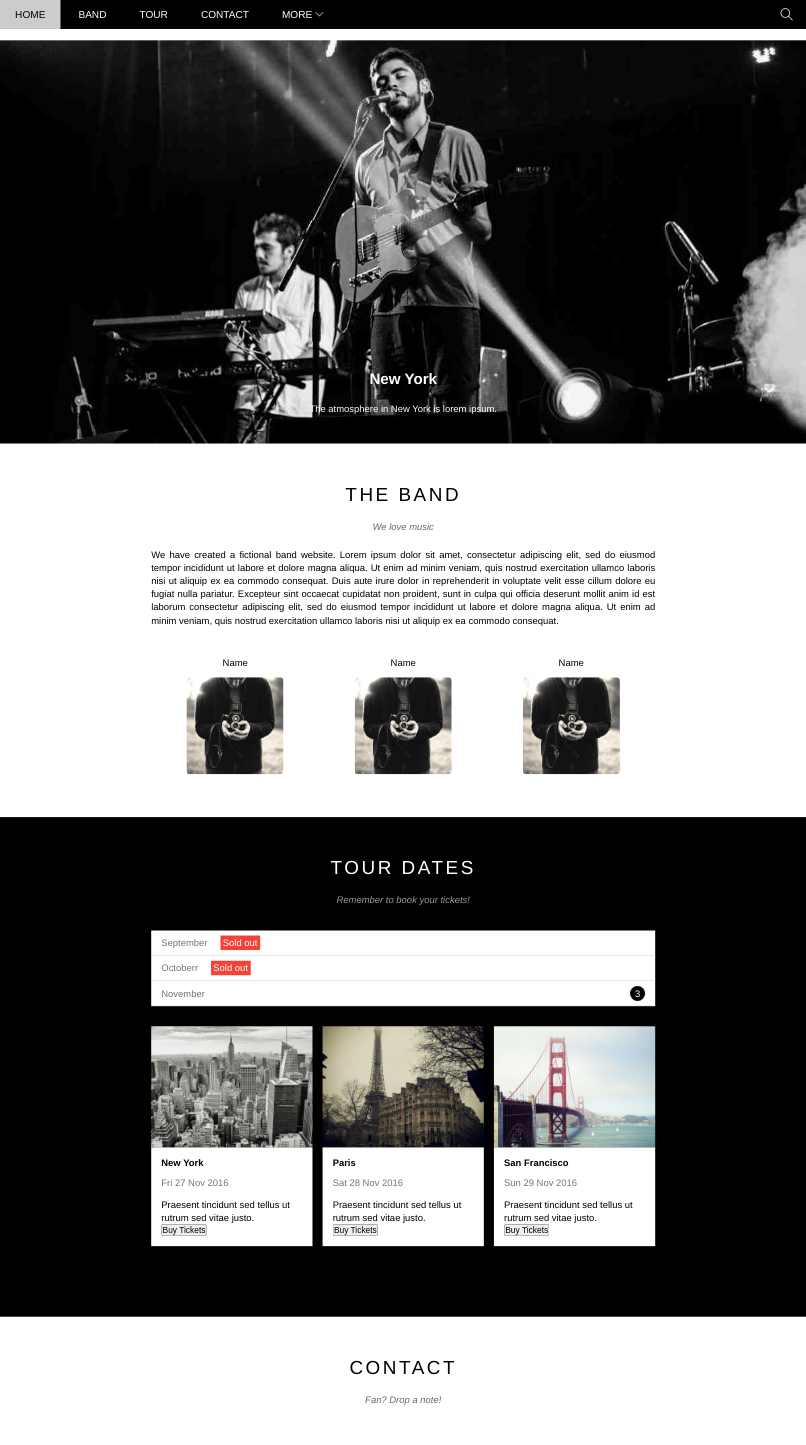
Repository: vophuocthanh/phuocthanhk03
Page: index.html
The author's editor kept a copy of each file at every save. The page is drawn from the files as they stood at one save, then again after the next save.
The browser window is 1280 px wide. The pictures show the whole page, at 63% of full size.

Above is the page before, as saved 2022-03-27 00:42:32.

### index.html
<!DOCTYPE html>
<html lang="en">

<head>
    <meta charset="UTF-8" />
    <meta http-equiv="X-UA-Compatible" content="IE=edge" />
    <meta name="viewport" content="width=device-width, initial-scale=1.0" />
    <meta> http-equiv="Content-Security-Policy" content="script-src 'self' code.jquery.com;"
    <title>THE BAND</title>
    <link rel="stylesheet" href="./asset/css/style.css" />
    <link rel="stylesheet" href="/asset/icon/themify-icons/themify-icons.css">
</head>

<body>
    <div id="main">
        <div id="header">
            <!-- Begin : nav -->
            <ul id="nav">
                <li><a href="">Home<a></li>
                <li><a href="">Band</a></li>
                <li><a href="">Tour</a></li>
                <li><a href="">Contact</a></li>
                <li>
                    <a href="">
                        More
                        <i class="nav-arrow-down ti-angle-down"></i>
                    </a>
                    <ul class="subnav">
                        <li><a href="">Merchandise</a></li>
                        <li><a href="">Extras</a></li>
                        <li><a href="">Media</a></li>
                    </ul>
                </li>
            </ul>
            <!-- End: nav -->

            <!-- Begin: Search -->
            <div class="search-btn">
                <i class="search-icon ti-search"></i>
            </div>
            <!-- End: Search -->
        </div>

        <div id="slider">
            <div class="text-content">
                <h2 class="text-heading">New York</h2>
                <div class="text-description">The atmosphere in New York is lorem ipsum.</div>
            </div>
        </div>

        <div id="content">
            <!-- About section -->
            <div class="content-section">
                <h2 class="section-heading">THE BAND</h2>
                <p class="section-sub-heading">We love music</p>
                <p class="about-text">We have created a fictional band website. Lorem ipsum dolor sit amet, consectetur adipiscing elit, sed do eiusmod tempor incididunt ut labore et dolore magna aliqua. Ut enim ad minim veniam, quis nostrud exercitation ullamco laboris nisi
                    ut aliquip ex ea commodo consequat. Duis aute irure dolor in reprehenderit in voluptate velit esse cillum dolore eu fugiat nulla pariatur. Excepteur sint occaecat cupidatat non proident, sunt in culpa qui officia deserunt mollit anim
                    id est laborum consectetur adipiscing elit, sed do eiusmod tempor incididunt ut labore et dolore magna aliqua. Ut enim ad minim veniam, quis nostrud exercitation ullamco laboris nisi ut aliquip ex ea commodo consequat.</p>

                <div class="members-list">
                    <div class="member-item">
                        <p class="member-name">Name</p>
                        <img src="./asset/img/band/member1.jpg" alt="Name" class="member-img">
                    </div>

                    <div class="member-item">
                        <p class="member-name">Name</p>
                        <img src="./asset/img/band/member1.jpg" alt="Name" class="member-img">
                    </div>

                    <div class="member-item">
                        <p class="member-name">Name</p>
                        <img src="./asset/img/band/member1.jpg" alt="Name" class="member-img">
                    </div>
                    <div class="clear"></div>
                </div>
            </div>




            <!-- Tour section -->
            <div class="tour-section">
                <div class="content-section">
                    <h2 class="section-heading
                    text-white">TOUR DATES</h2>
                    <p class="section-sub-heading text-white">Remember to book your tickets!</p>

                    <!-- ticket -->

                    <ul class="ticket-list">
                        <li>September <span class="sold-out">Sold out</span></li>
                        <li>Octoberr <span class="sold-out">Sold out</span></li>
                        <li>November <span class="quantily">3</span></li>
                    </ul>

                    <!-- Places -->
                    <div class="place-list">
                        <div class="place-item">
                            <img src="./asset/img/places/place1.jpg" alt="New York" class="place-img">
                            <div class="place-body">
                                <h3 class="place-heading">New York</h3>
                                <p class="place-time">Fri 27 Nov 2016</p>
                                <p class="place-desc">Praesent tincidunt sed tellus ut rutrum sed vitae justo.</p>
                                <button class="btn s-full-width js-buy-ticket">Buy Tickets</button>
                            </div>
                        </div>
                        <div class="place-item">
                            <img src="./asset/img/places/place2.jpg" alt="New York" class="place-img">
                            <div class="place-body">
                                <h3 class="place-heading">Paris</h3>
                                <p class="place-time">Sat 28 Nov 2016</p>
                                <p class="place-desc">Praesent tincidunt sed tellus ut rutrum sed vitae justo.</p>
                                <button class="btn s-full-width js-buy-ticket">Buy Tickets</button>
                            </div>
                        </div>
                        <div class="place-item">
                            <img src="./asset/img/places/palce3.jpg" alt="New York" class="place-img">
                            <div class="place-body">
                                <h3 class="place-heading">San Francisco</h3>
                                <p class="place-time">Sun 29 Nov 2016</p>
                                <p class="place-desc">Praesent tincidunt sed tellus ut rutrum sed vitae justo.</p>
                                <button class="btn s-full-width js-buy-ticket">Buy Tickets</button>
                            </div>
                        </div>
                        <div class="clear"></div>
                    </div>
                </div>

            </div>
            <!-- Contact section -->
            <div class="content-section">
                <h2 class="section-heading">CONTACT</h2>
                <p class="section-sub-heading">Fan? Drop a note!</p>
            </div>

            <div id="footer">

            </div>

        </div>

        <div class="modal js-modal">
            <div class="modal-container js-modal-container">
                <div class="modal-close js-modal-close">
                    <i class="ti-close"></i>
                </div>


                <header class="modal-header">
                    <i class="modal-heading-icon ti-bag"></i> Tickets
                </header>

                <div class="modal-body">
                    <label for="ticket-quantity" class="modal-label">
                        <i class="ti-shopping-cart"></i>
                        Tickets, $15 per person
                    </label>
                    <input id="ticket-quantity" type="text" class="modal-input" placeholder="How many?">

                    <label for="ticket-email" class="modal-label">
                        <i class="ti-user"></i>
                        Send to
                    </label>
                    <input id="ticket-email" type="email" class="modal-input" placeholder="Enter email...">


                    <button id="buy-tickets">
                        Pay <i class="ti-check"></i>
                    </button>
                </div>


                <footer class="modal-footer">
                    <p class="modal-help">Need <a href="">help?</a></p>
                </footer>
            </div>
        </div>


        <script>
            const buyBtns = document.querySelectorAll('.js-buy-ticket')

            const modal = document.querySelector('.js-modal')
            const modalContainer = document.querySelector('.js-modal-container')
            const modalclose = document.querySelector('.js-modal-close')


            // hàm hiển thị modal mua vé (thêm class vào open vào modal)
            function showBuytickets() {
                modal.classList.add('open')
            }
            // hàm ẩn modal mua vé (gỡ bỏ class vào open của modal)
            function hideBuytickets() {
                modal.classList.remove('open')
            }
            //lặp qua từng thẻ button và nghe hành vi click
            for (const buyBtn of buyBtns) {
                buyBtn.addEventListener('click', showBuytickets)
            }
            // nghe hành vi click vào button close
            modalclose.addEventListener('click', hideBuytickets)

            modal.addEventListener('click', hideBuytickets)

            modalContainer.addEventListener('click', function(event) {
                event.stopPropagation()
            })
        </script>

</body>

</html>

### asset/css/style.css
/*Reset*/

* {
    padding: 0;
    margin: 0;
    box-sizing: border-box;
}

html {
    font-family: Helvetica, Arial, sans-serif;
}


/*
 1. Từ ngoài vào trong
 2. Trên xuống dưới
 3. Từ tổng quan đến chi tiết

*/


/*
1. Vị Trí
2. Màu Sắc
3. Kích Thước
4.Kiểu Dáng */

.clear {
    clear: both;
}

.text-white {
    color: #fff !important;
}

#main {}

#header {
    height: 46px;
    background-color: #000;
    position: fixed;
    top: 0;
    left: 0;
    right: 0;
    z-index: 1;
}

#nav {
    display: inline-block;
}

.subnav {
    list-style-type: none;
}

#nav>li {
    display: inline-block;
}

#nav li {
    position: relative;
}

#nav>li>a {
    color: #fff;
    text-transform: uppercase;
}

#nav li a {
    color: #fff;
    text-decoration: none;
    line-height: 46px;
    padding: 0 24px;
    display: block;
}

#nav li:hover .subnav {
    display: block;
}

#nav>li:hover>a,
#nav .subnav li:hover {
    color: #000;
    background-color: #ccc;
}

#nav .subnav {
    display: none;
    position: absolute;
    top: 100%;
    left: 0;
    min-width: 160px;
    background-color: #fff;
    box-shadow: 0 0 10px rgba(0, 0, 0, 0.3);
}

#nav .subnav a {
    color: #000;
    padding: 0 12px;
}

#nav .nav-arrow-down {
    font-size: 14px;
}

#header .search-btn {
    float: right;
    padding: 0 21px;
    cursor: pointer;
}

#header .search-btn:hover {
    background-color: #f44336;
}

#header .search-icon {
    color: #fff;
    font-size: 20px;
    line-height: 46px;
}

#slider {
    position: relative;
    margin-top: 46px;
    padding-top: 50%;
    background: url("/asset/img/slider/slider1.jpg") top center / cover no-repeat;
}

#slider .text-content {
    position: absolute;
    bottom: 47px;
    color: #fff;
    left: 50%;
    transform: translate(-50%);
    text-align: center;
}

#slider .text-headin {
    font-weight: 500;
    font-size: 24px;
}

#slider .text-description {
    font-size: 15px;
    margin-top: 25px;
}

#content {}

#content .content-section {
    width: 800px;
    padding: 64px 0;
    margin-left: auto;
    margin-right: auto;
}

#content .section-heading {
    font-size: 30px;
    font-weight: 500;
    text-align: center;
    letter-spacing: 4px;
}

#content .section-sub-heading {
    font-size: 15px;
    text-align: center;
    margin-top: 25px;
    font-style: italic;
    opacity: 0.6;
}

#content .about-text {
    font-size: 15px;
    margin-top: 25px;
    text-align: justify;
    line-height: 1.4;
}

#content .members-list {
    margin-top: 48px;
}

#content .member-item {
    float: left;
    width: 33.3333%;
    text-align: center;
}

#content .member-name {
    font-size: 15px;
}

#content .member-img {
    width: 154px;
    margin-top: 15px;
    border-radius: 4%;
}


/* Tour-section */

.tour-section {
    background-color: #000;
}

.ticket-list {
    background-color: #fff;
    list-style: none;
    margin-top: 40px;
}

.ticket-list li {
    color: #757575;
    font-size: 15px;
    padding: 11px 16px;
    border-bottom: 1px solid #ddd;
}

.ticket-list .sold-out {
    background-color: #f44336;
    color: #fff;
    padding: 3px 4px;
    margin-left: 16px;
}

.ticket-list .quantily {
    float: right;
    width: 24px;
    height: 24px;
    background-color: #000;
    color: #fff;
    border-radius: 50%;
    text-align: center;
    line-height: 24px;
    margin-top: -3px;
}


/* Places */

.place-list {
    margin: 32px -8px 0;
    padding-bottom: 48px;
}

.place-item {
    float: left;
    width: 33.33333%;
    padding: 0 8px;
}

.place-img {
    width: 100%;
    display: block;
}

.place-img:hover {
    opacity: 0.6;
}

.place-body {
    padding: 16px;
    font-size: 15px;
    background-color: #fff;
}

.place-heading {
    font-size: 15px;
    font-weight: 600;
}

.place-time {
    margin-top: 15px;
    color: #757575;
}

.place-desc {
    margin-top: 15px;
    line-height: 1.4;
}

.place-buy-btn {
    background-color: #000;
    color: #fff;
    text-decoration: none;
    padding: 11px 16px;
    display: inline-block;
    margin-top: 15px;
}

.place-buy-btn:hover {
    color: #000;
    background-color: #ccc;
}


/* Foote section */

#foote {}


/* Modal */

.modal {
    position: fixed;
    top: 0;
    right: 0;
    bottom: 0;
    left: 0;
    background-color: rgba(0, 0, 0, 0.4);
    align-items: center;
    justify-content: center;
    display: none;
}

.modal-container {
    background-color: #fff;
    width: 900px;
    max-width: calc(100% - 32px);
    min-height: 200px;
    position: relative;
    animation: modalFaceIn ease 0.5s;
}

.modal-header {
    background-color: #009688;
    height: 129px;
    display: flex;
    align-items: center;
    justify-content: center;
    font-size: 30px;
    color: #fff;
}

.modal-heading-icon {
    margin-right: 16px;
}

.modal-close:hover {
    opacity: 1;
}

.modal-close {
    position: absolute;
    right: 0;
    top: 0;
    color: #fff;
    padding: 10px;
    cursor: pointer;
    opacity: 0.8;
}

.modal-body {
    padding: 16px;
}

.modal-label {
    display: block;
    font-size: 15px;
    margin-bottom: 12px;
}

.modal-input {
    border: 1px solid #ccc;
    width: 100%;
    padding: 10px;
    font-size: 15px;
    margin-bottom: 24px;
}

#buy-tickets {
    background: #009688;
    border: none;
    color: #fff;
    width: 100%;
    font-size: 15px;
    text-transform: uppercase;
    padding: 18px;
    cursor: pointer;
}

#buy-tickets:hover {
    opacity: 0.9;
}

.modal-footer {
    padding: 16px;
    text-align: right;
    color: #2196f3;
}

.modal-footer a {
    color: #2196f3;
}

@keyframes modalFaceIn {
    from {
        opacity: 0;
        transform: translateY(-140px);
    }
    to {
        opacity: 1;
        transform: translateY(0);
    }
}

Loaded but not shown: asset/icon/themify-icons/themify-icons.css (common file)

After the next save:
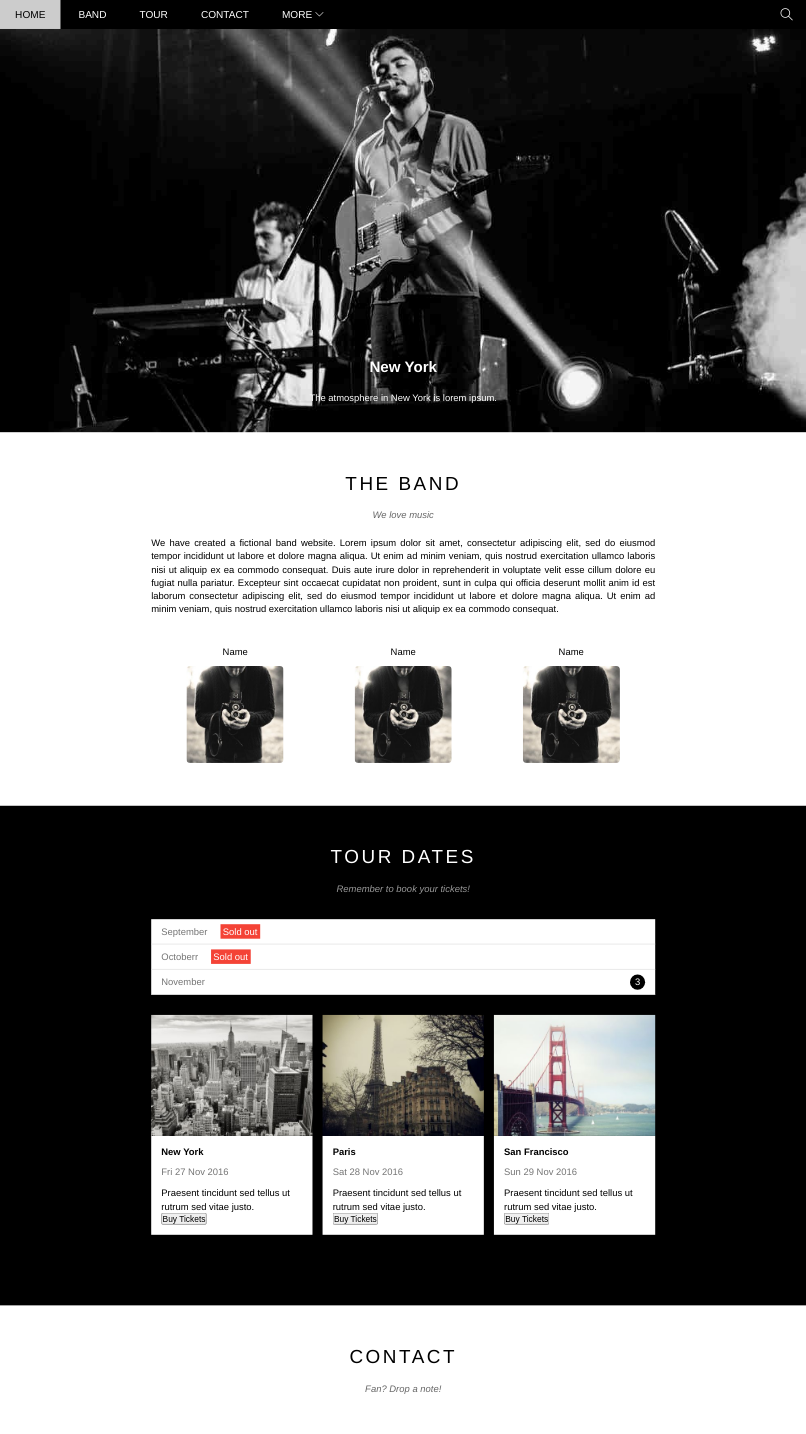
Saved 49 s later.
--- a/index.html
+++ b/index.html
@@ -5,7 +5,7 @@
     <meta charset="UTF-8" />
     <meta http-equiv="X-UA-Compatible" content="IE=edge" />
     <meta name="viewport" content="width=device-width, initial-scale=1.0" />
-    <meta> http-equiv="Content-Security-Policy" content="script-src 'self' code.jquery.com;"
+    <meta http-equiv="Content-Security-Policy" content="script-src 'self' code.jquery.com;">
     <title>THE BAND</title>
     <link rel="stylesheet" href="./asset/css/style.css" />
     <link rel="stylesheet" href="/asset/icon/themify-icons/themify-icons.css">
